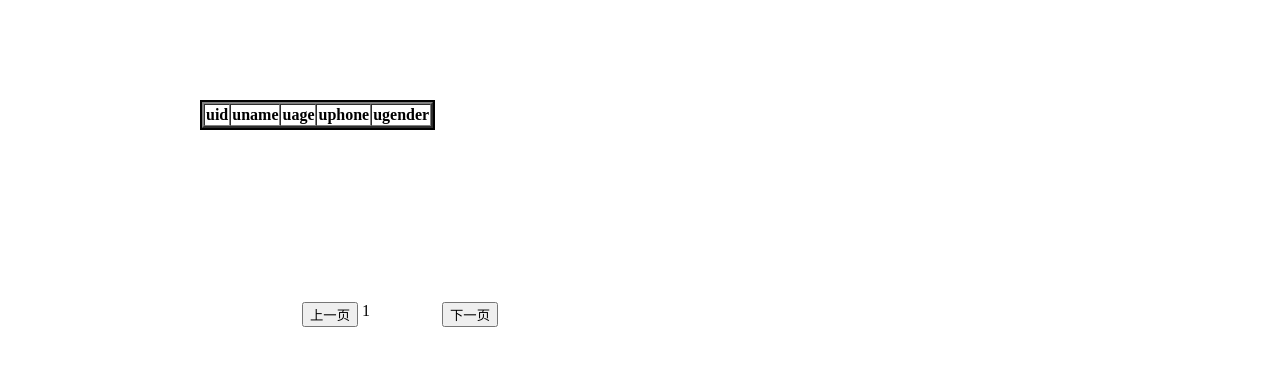
Repository: tian7815/1.25_fenye
Page: http://localhost/Day08/AdminServlet
These files come from the project's save history. The page is drawn as it stood at one moment and after the next save; the edit follows.
The browser window is 1280 px wide. The pictures show the whole page.
The page is served by Tomcat 9. Other server files are loaded and not shown. Queries for data that is not in the repository find no rows.

Above is the page before, as saved 2021-01-25 06:11:16.

### web5/Day08/WebRoot/WEB-INF/jsp/FenYe.jsp
<%@ page language="java" import="java.util.*,com.company.entity.*" pageEncoding="utf-8"%>
<%
String path = request.getContextPath();
String basePath = request.getScheme()+"://"+request.getServerName()+":"+request.getServerPort()+path+"/";
%>

<!DOCTYPE HTML PUBLIC "-//W3C//DTD HTML 4.01 Transitional//EN">
<html>
  <head>
    <base href="<%=basePath%>">

    <title>My JSP 'FenYe.jsp' starting page</title>

	<meta http-equiv="pragma" content="no-cache">
	<meta http-equiv="cache-control" content="no-cache">
	<meta http-equiv="expires" content="0">
	<meta http-equiv="keywords" content="keyword1,keyword2,keyword3">
	<meta http-equiv="description" content="This is my page">
	<!--
	<link rel="stylesheet" type="text/css" href="styles.css">
	-->
    <style>
       div{
          position: absolute;
          left: 200px;
          top: 100px;
          border: 2px solid black;
       }
       #right{
          position: absolute;
          left: 240px;
          top: 200px;
       }
        #left{
          position: absolute;
          left: 100px;
          top: 200px;
       }
        #lb{
          position: absolute;
          left: 160px;
          top: 200px;
       }
    </style>
    <%
         List<User> userList = (List<User>) request.getAttribute("list");
         int currentPage = (Integer) session.getAttribute("currentPage");
     %>
  </head>

  <body>
  <div>
    <table border="2" cellspacing="0">
       <tr>
          <th>uid</th>
          <th>uname</th>
          <th>uage</th>
          <th>uphone</th>
          <th>ugender</th>
       </tr>
       <%for(int i = 0; i < userList.size(); i ++) {%>
         <tr>
            <td><%=userList.get(i).getUid() %></td>
            <td><%=userList.get(i).getUname() %></td>
            <td><%=userList.get(i).getUage() %></td>
            <td><%=userList.get(i).getUphone() %></td>
            <td><%=userList.get(i).getUgender() %></td>
         </tr>
       <%} %>
    </table>
    <form id="right" action="DownServlet" method="get">
      <input type="submit" value="下一页">
    </form>
    <label id="lb"><%=currentPage %></label>
    <form id="left" action="UpServlet" method="get">
       <input type="submit" value="上一页">
    </form>
  </div>
  </body>
</html>

### web5/Day08/src/com/company/contreller/AdminServlet.java
package com.company.contreller;

import java.io.IOException;
import java.io.PrintWriter;
import java.util.List;

import javax.servlet.ServletException;
import javax.servlet.http.HttpServlet;
import javax.servlet.http.HttpServletRequest;
import javax.servlet.http.HttpServletResponse;
import javax.servlet.http.HttpSession;

import com.company.entity.User;
import com.company.service.UserService;
import com.company.service.UserServiceImpl;

public class AdminServlet extends HttpServlet {

	/**
	 * The doGet method of the servlet. <br>
	 *
	 * This method is called when a form has its tag value method equals to get.
	 *
	 * @param request the request send by the client to the server
	 * @param response the response send by the server to the client
	 * @throws ServletException if an error occurred
	 * @throws IOException if an error occurred
	 */
	public void doGet(HttpServletRequest request, HttpServletResponse response)
			throws ServletException, IOException {
        //되쩌털뙤쫠
		//돕鑒앴욋瓊혤鑒앴
		UserService userService = new UserServiceImpl();
		HttpSession httpSession = request.getSession();
		httpSession.setAttribute("currentPage", 1);
		try {
			List<User> userList = userService.queryUserByFenYe(0, 3);
			request.setAttribute("list", userList);
			request.getRequestDispatcher("WEB-INF/jsp/FenYe.jsp").forward(request, response);
		} catch (Exception e) {
			// TODO Auto-generated catch block
			e.printStackTrace();
		}

	}

	/**
	 * The doPost method of the servlet. <br>
	 *
	 * This method is called when a form has its tag value method equals to post.
	 *
	 * @param request the request send by the client to the server
	 * @param response the response send by the server to the client
	 * @throws ServletException if an error occurred
	 * @throws IOException if an error occurred
	 */
	public void doPost(HttpServletRequest request, HttpServletResponse response)
			throws ServletException, IOException {


	}

}

### web5/Day08/src/com/company/service/UserServiceImpl.java
package com.company.service;

import java.util.List;

import com.company.dao.Userdao;
import com.company.dao.UserdaoImpl;
import com.company.entity.User;

public class UserServiceImpl implements UserService {
    private Userdao userdao = new UserdaoImpl();
	public User quaryUserByuid(String uid) throws Exception {
		userdao = new UserdaoImpl();
		User quaryUserByuid = userdao.quaryUserByuid(uid);
		return quaryUserByuid;
	}

	public String stuLogin(String uid) throws Exception {
		userdao = new UserdaoImpl();
		String pwd = userdao.stuLogin(uid);
		return pwd;
	}

	public List<User> queryUserByFenYe(int offset, int len) throws Exception {
	    List<User> userList = userdao.selectPage(offset, len);
		return userList;
	}

	public int queryRows() throws Exception {
		int rows = userdao.selectCount();
		return rows;
	}

}

### web5/Day08/src/com/company/dao/Userdao.java
package com.company.dao;

import java.util.List;

import com.company.entity.User;

public interface Userdao {
	public User quaryUserByuid(String uid)throws Exception;
	public String stuLogin (String uid)throws Exception;

	public List<User> selectPage(int offset, int len) throws Exception;
	public int selectCount() throws Exception;
}

### web5/Day08/src/com/company/dao/UserdaoImpl.java
package com.company.dao;

import java.sql.Connection;
import java.sql.DriverManager;
import java.sql.PreparedStatement;
import java.sql.ResultSet;
import java.util.ArrayList;
import java.util.List;

import com.company.entity.User;



public class UserdaoImpl implements Userdao {
	public static final String URL = "jdbc:mysql://localhost:3306/mydb?characterEncoding=utf-8";
	public static final String USER = "root";
	public static final String PWD = "123456";

	public User quaryUserByuid(String uid) throws Exception {
		Class.forName("com.mysql.jdbc.Driver");
		Connection connection = DriverManager.getConnection(URL, USER, PWD);
		String sql = "select * from user where uid = ?";
		PreparedStatement ps = connection.prepareStatement(sql);
		ps.setString(1, uid);
		ResultSet rs = ps.executeQuery();
		User user = new User();
		rs.next();
		String uid1 = rs.getString(1);
		String uname1 = rs.getString(2);
		int uage1 = rs.getInt(3);
		String uphone1 = rs.getString(4);
		String ugender1 = rs.getString(5);
		user.setUid(uid1);
		user.setUname(uname1);
		user.setUage(uage1);
		user.setUgender(ugender1);
		user.setUphone(uphone1);


		return user;
	}

	public String stuLogin(String uid) throws Exception {
		Class.forName("com.mysql.jdbc.Driver");
		Connection connection = DriverManager.getConnection(URL, USER, PWD);
		String sql = " select uname from user where uid = ? ";
		PreparedStatement ps = connection.prepareStatement(sql);
		ps.setString(1, uid);
		ResultSet rs = ps.executeQuery();
		String pwd = "";
		while(rs.next()){
			pwd = rs.getString("uname");
		}
		return pwd;
	}

	public List<User> selectPage(int offset, int len) throws Exception {
		List<User> userList = new ArrayList<User>();
		Class.forName("com.mysql.jdbc.Driver");
		Connection connection = DriverManager.getConnection(URL, USER, PWD);
		String sql = " select * from user limit ?, ? ";
		PreparedStatement preparedStatement = connection.prepareStatement(sql);
		preparedStatement.setInt(1, offset);
		preparedStatement.setInt(2, len);
		ResultSet executeQuery = preparedStatement.executeQuery();
		while(executeQuery.next()){
			User user = new User();
			String uid = executeQuery.getString("uid");
			String uname = executeQuery.getString("uname");
			int uage = executeQuery.getInt("uage");
			String uphone = executeQuery.getString("uphone");
			String ugender = executeQuery.getString("ugender");
			user.setUid(uid);
			user.setUname(uname);
			user.setUage(uage);
			user.setUphone(uphone);
			user.setUgender(ugender);
			userList.add(user);
		}
		return userList;
	}

	public int selectCount() throws Exception {
		List<User> userList = new ArrayList<User>();
		Class.forName("com.mysql.jdbc.Driver");
		Connection connection = DriverManager.getConnection(URL, USER, PWD);
		String sql = " select * from user ";
		PreparedStatement preparedStatement = connection.prepareStatement(sql);
		ResultSet executeQuery = preparedStatement.executeQuery();
		while(executeQuery.next()){
			User user = new User();
			String uid = executeQuery.getString("uid");
			String uname = executeQuery.getString("uname");
			int uage = executeQuery.getInt("uage");
			String uphone = executeQuery.getString("uphone");
			String ugender = executeQuery.getString("ugender");
			user.setUid(uid);
			user.setUname(uname);
			user.setUage(uage);
			user.setUphone(uphone);
			user.setUgender(ugender);
			userList.add(user);
		}
		int count = userList.size();
		return count;
	}

}

After the next save:
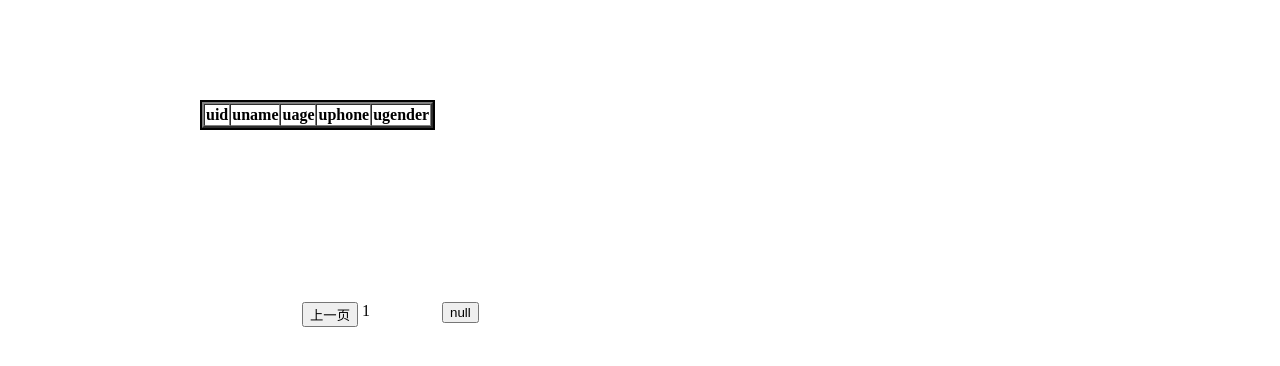
Saved 20 min 12 s later.
--- a/web5/Day08/WebRoot/WEB-INF/jsp/FenYe.jsp
+++ b/web5/Day08/WebRoot/WEB-INF/jsp/FenYe.jsp
@@ -45,6 +45,7 @@
     <%
          List<User> userList = (List<User>) request.getAttribute("list");
          int currentPage = (Integer) session.getAttribute("currentPage");
+         String downMSG = (String) session.getAttribute("downMSG");
      %>
   </head>
 
@@ -69,7 +70,7 @@
        <%} %>
     </table>
     <form id="right" action="DownServlet" method="get">
-      <input type="submit" value="下一页">
+      <input type="submit" value=<%=downMSG %>>
     </form>
     <label id="lb"><%=currentPage %></label>
     <form id="left" action="UpServlet" method="get">

After the save that followed:
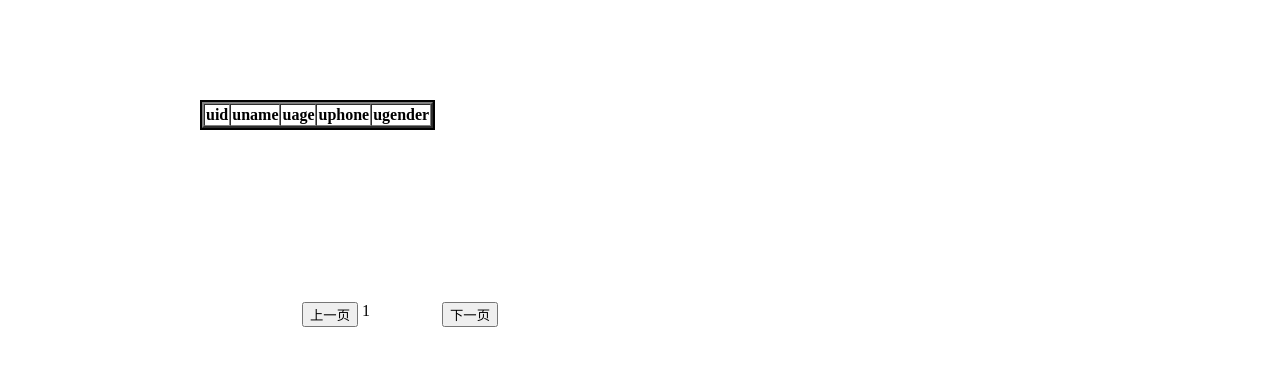
Saved 38 s later.
--- a/web5/Day08/WebRoot/WEB-INF/jsp/FenYe.jsp
+++ b/web5/Day08/WebRoot/WEB-INF/jsp/FenYe.jsp
@@ -46,6 +46,9 @@
          List<User> userList = (List<User>) request.getAttribute("list");
          int currentPage = (Integer) session.getAttribute("currentPage");
          String downMSG = (String) session.getAttribute("downMSG");
+         if(downMSG == null){
+            downMSG = "下一页";
+         }
      %>
   </head>
 
